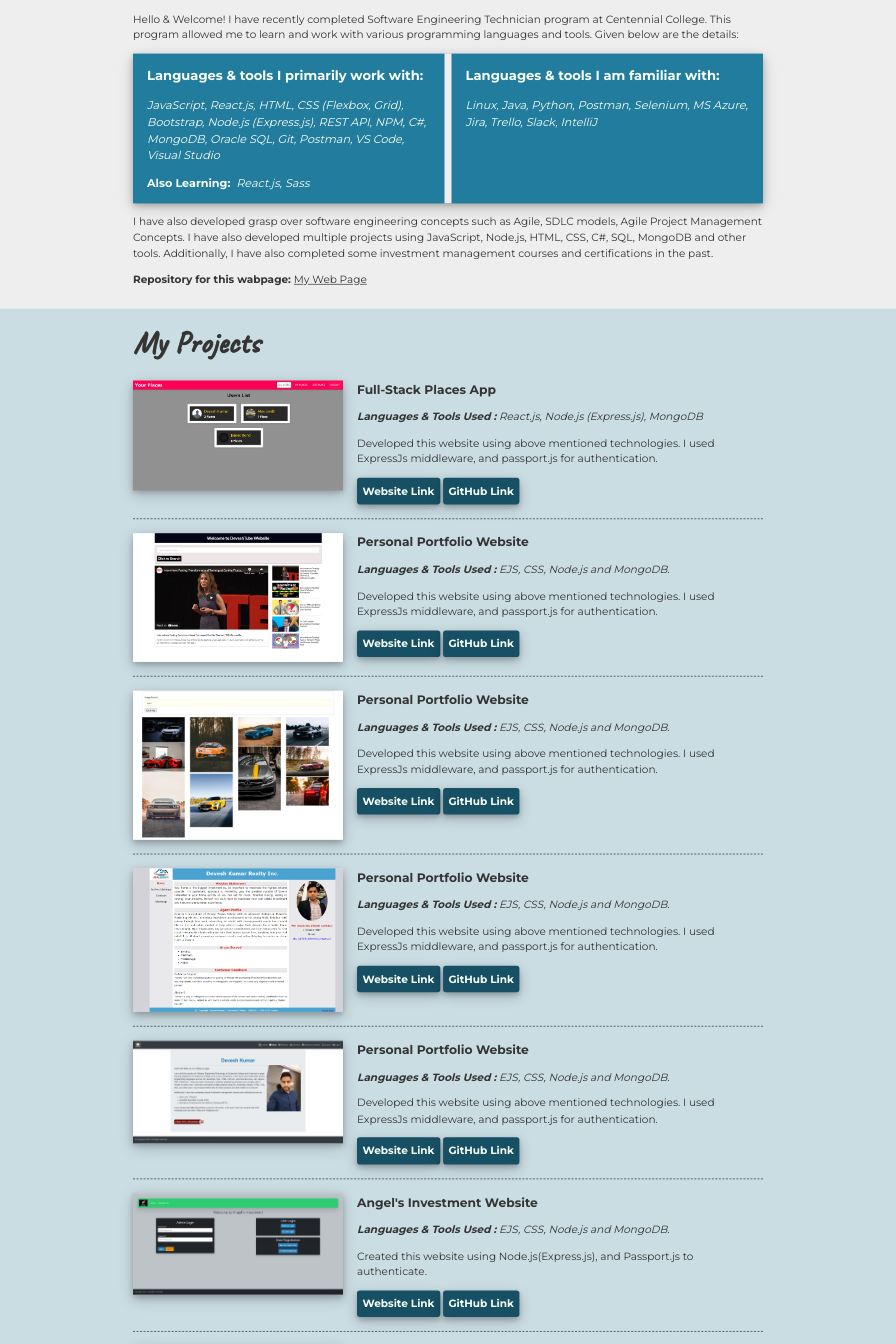
Repository: My-Web-Page/MyWebPage
Page: index.html
An editor plug-in stored every save of this project. The page is shown before and after the next save, followed by the edit.
The browser window is 1280 px wide. The pictures show the part of the page from y = 662 to 2582 px (the page is 4779 px tall before and 4739 px after), at 70% of full size.
Some web libraries are served in a nearby version.

Above is the page before, as saved 2021-09-06 22:56:03.

### index.html
<!DOCTYPE html>
<html lang="en">

<head>
    <meta charset="UTF-8">
    <meta name="viewport" content="width=device-width, initial-scale=1.0">
    <link href="./assets/images/favicon.ico" rel="icon" type="image/x-icon" />

    <title> Devesh Kumar : Full-Stack Developer</title>
    <link rel="preconnect" href="https://fonts.gstatic.com">
    <link href="https://fonts.googleapis.com/css2?family=Caveat&family=Montserrat:wght@400;700&display=swap" rel="stylesheet">
    <link rel="stylesheet" href="https://pro.fontawesome.com/releases/v5.10.0/css/all.css" integrity="sha384-AYmEC3Yw5cVb3ZcuHtOA93w35dYTsvhLPVnYs9eStHfGJvOvKxVfELGroGkvsg+p" crossorigin="anonymous" />

    <link rel="stylesheet" href="style.css">
</head>

<body>
    <main>
        <!-- ***********************  ABOUT / PROFILE  *********************** -->
        <header>
            <div class="container">
                <h1>Devesh Kumar</h1>
                <h2>Software Developer</h2>
            </div>
        </header>

        <nav id="navbar">
            <ul class="nav-ul">
                <li>
                    <a href="#about-me"><i class="fas fa-info-circle"></i>About Me</a>
                </li>
                <li>
                    <a href="#projects"><i class="fab fa-elementor"></i>Projects</a>
                </li>
                <li>
                    <a href="#education"><i class="fas fa-graduation-cap"></i>Education</a>
                </li>
                <li>
                    <a href="#work-experience"><i class="fas fa-briefcase"></i>Work Experience</a>
                </li>
                <li>
                    <a href="#contact"><i class="fas fa-mobile-alt"></i>Contact Me</a>
                </li>
            </ul>
        </nav>

        <!-- *********************About Me***********************  -->
        <section id="about-me">
            <div class="container">
                <h2>About Me</h2>
                <p>Hello & Welcome! I have recently completed Software Engineering Technician program at Centennial College. This program allowed me to learn and work with various programming languages and tools. Given below are the details: </p>
                <div class="grid-container">
                    <div class="grid-item">
                        <h3>Languages & tools I primarily work with:</h3>
                        <p> JavaScript, React.js, HTML, CSS (Flexbox, Grid), Bootstrap, Node.js (Express.js), REST API, NPM, C#, MongoDB, Oracle SQL, Git, Postman, VS Code, Visual Studio
                        </p>
                        <p><strong>Also Learning:</strong>&nbsp; <em>React.js, Sass</em></p>
                    </div>

                    <div class="grid-item">
                        <h3>Languages & tools I am familiar with:</h3>
                        <p>Linux, Java, Python, Postman, Selenium, MS Azure, Jira, Trello, Slack, IntelliJ</p>
                    </div>
                </div>
                <p>I have also developed grasp over software engineering concepts such as Agile, SDLC models, Agile Project Management Concepts. I have also developed multiple projects using JavaScript, Node.js, HTML, CSS, C#, SQL, MongoDB and other tools.
                    Additionally, I have also completed some investment management courses and certifications in the past.
                </p>

                <p><strong>Repository for this wabpage: </strong><a id="my-page-repo" target="_blank" href="https://github.com/portretrieve/MyWebPage">My Web Page</a></p>

            </div>
        </section>

        <!-- *********************Pop-Ups***********************  -->
        <section class="popup-wrapper" id="popup">
            <div class="container">
                <img id="popup-img" alt="finalproject popup">
            </div>
        </section>
        <!-- ********************  PROJECTS / PORTFOLIO  ********************* -->
        <section id="projects" class="projects">
            <div class="container divider">
                <h2>My Projects</h2>


                <!-- Project a -->
                <section class="project-item clearfix">
                    <img class="project-image" src="./assets/images/Places.png" alt="Portfolio Assignment Using Node.js, Bootstrap, EJS and MongoDB">
                    <h3>Full-Stack Places App</h3>
                    <p> <strong>Languages & Tools Used :</strong> React.js, Node.js (Express.js), MongoDB</p>
                    <p>Developed this website using above mentioned technologies. I used ExpressJs middleware, and passport.js for authentication.
                    </p>
                    <a class="btn" href="https://comp229-asnmt2.herokuapp.com/home" target="_blank">Website Link</a>
                    <a class="btn" href="https://github.com/portretrieve/Assignment_2" target="_blank">GitHub Link</a>
                </section>
                <!-- Project b -->
                <section class="project-item clearfix">
                    <img class="project-image" src="./assets/images/deveshtube.png" alt="Portfolio Assignment Using Node.js, Bootstrap, EJS and MongoDB">
                    <h3>Personal Portfolio Website</h3>
                    <p> <strong>Languages & Tools Used :</strong> EJS, CSS, Node.js and MongoDB.</p>
                    <p>Developed this website using above mentioned technologies. I used ExpressJs middleware, and passport.js for authentication.
                    </p>
                    <a class="btn" href="https://comp229-asnmt2.herokuapp.com/home" target="_blank">Website Link</a>
                    <a class="btn" href="https://github.com/portretrieve/Assignment_2" target="_blank">GitHub Link</a>
                </section>

                <!-- Project c -->
                <section class="project-item clearfix">
                    <img class="project-image" src="./assets/images/pics.png" alt="Portfolio Assignment Using Node.js, Bootstrap, EJS and MongoDB">
                    <h3>Personal Portfolio Website</h3>
                    <p> <strong>Languages & Tools Used :</strong> EJS, CSS, Node.js and MongoDB.</p>
                    <p>Developed this website using above mentioned technologies. I used ExpressJs middleware, and passport.js for authentication.
                    </p>
                    <a class="btn" href="https://comp229-asnmt2.herokuapp.com/home" target="_blank">Website Link</a>
                    <a class="btn" href="https://github.com/portretrieve/Assignment_2" target="_blank">GitHub Link</a>
                </section>
                <!-- Project d -->
                <section class="project-item clearfix">
                    <img class="project-image" src="./assets/images/realEstate.png" alt="Portfolio Assignment Using Node.js, Bootstrap, EJS and MongoDB">
                    <h3>Personal Portfolio Website</h3>
                    <p> <strong>Languages & Tools Used :</strong> EJS, CSS, Node.js and MongoDB.</p>
                    <p>Developed this website using above mentioned technologies. I used ExpressJs middleware, and passport.js for authentication.
                    </p>
                    <a class="btn" href="https://comp229-asnmt2.herokuapp.com/home" target="_blank">Website Link</a>
                    <a class="btn" href="https://github.com/portretrieve/Assignment_2" target="_blank">GitHub Link</a>
                </section>
                <!-- Project 1 -->
                <section class="project-item clearfix">
                    <img class="project-image" src="./assets/images/assignment_2.png" alt="Portfolio Assignment Using Node.js, Bootstrap, EJS and MongoDB">
                    <h3>Personal Portfolio Website</h3>
                    <p> <strong>Languages & Tools Used :</strong> EJS, CSS, Node.js and MongoDB.</p>
                    <p>Developed this website using above mentioned technologies. I used ExpressJs middleware, and passport.js for authentication.</p>
                    <a class="btn" href="https://comp229-asnmt2.herokuapp.com/home" target="_blank">Website Link</a>
                    <a class="btn" href="https://github.com/portretrieve/Assignment_2" target="_blank">GitHub Link</a>
                </section>

                <!-- Project 2 -->
                <section class="project-item clearfix">
                    <img class="project-image" src="./assets/images/final_project.png" alt="Final Project Using Node.js, Bootstrap, EJS and MongoDB">
                    <h3>Angel's Investment Website</h3>
                    <p> <strong>Languages & Tools Used :</strong> EJS, CSS, Node.js and MongoDB.</p>
                    <p>Created this website using Node.js(Express.js), and Passport.js to authenticate.</p>
                    <a class="btn" href="https://angelinvestfinal.herokuapp.com/" target="_blank">Website Link</a>
                    <a class="btn" href="https://github.com/Angel-Investor/AngelInvestor-Web-App" target="_blank">GitHub
                        Link</a>
                </section>

                <!-- Project 3 -->
                <section class="project-item clearfix">
                    <img class="project-image" src="./assets/images/slot-machine.png" alt="Casino slot machine game using HTML, CSS, JavaScript, TypeScript and EaselJS">
                    <h3>Slot Machine Game</h3>
                    <p> <strong>Languages & Tools Used :</strong> HTML, CSS, JavaScript, TypeScript and EaselJS.</p>
                    <a class="btn" href="https://portretrieve.github.io/COMP125-Assignment-4-CreateJS-Slot-Machine/" target="_blank">Website Link</a>
                    <a class="btn" href="https://github.com/portretrieve/COMP125-Assignment-4-CreateJS-Slot-Machine" target="_blank">GitHub Link</a>
                </section>

                <!-- Project 4 -->
                <section class="project-item clearfix">
                    <img class="project-image" src="./assets/images/restaurant_app.png" alt="Restaurant app using C# WPF MVVM">
                    <h3>Restaurant POS system app</h3>
                    <p> <strong>Languages & Tools Used :</strong> C#, WPF and XAML.</p>
                    <p>Created the restaurant P.O.S app using C# and WPF.</p>
                    <a class="btn" href="https://github.com/portretrieve/Restaurant_app" target="_blank">GitHub Link</a>
                </section>
                <section>
                    <h3>Other Projects: </h3>
                    <p> <strong>Languages & Tools Used :</strong> C#, WinForms, SQL, PL/SQL, Java, Python, Jira, Trello, Lucid Charts, MS Visio etc. </p>
                    <p>In addition to the projects above, I have also developed other projects using the languages and tools above. All of these projects can be found on my <span><a
                                href="https://github.com/portretrieve" target="_blank">GitHub Page</a>.</span></p>
                </section>
            </div>
        </section>

        <!-- ******************  EDUCATION & CERTIFICATIONS ****************** -->
        <section id="education" class="education">
            <div class="container item-details">

                <h2>Education</h2>

                <section>
                    <h3>Software Engineering Technician Diploma</h3>
                    <p>Centennial College, Toronto ON, 2020-2021</p>
                    <p>4 semesters full-time software engineering diploma program </p>
                </section>
                <section>
                    <h3>Chartered Financial Analyst – CFA Level 1 Passed</h3>
                    <p>CFA Institute, 2018</p>
                </section>
                <br>
                <section class="csc">
                    <h3>Canadian Securities Course (CSC)</h3>
                    <h3>Derivatives Fundamentals and Options Licensing (DFOL)</h3>
                    <p>Canadian Securities Institute, 2017-2019 </p>
                </section>
                <section>
                    <h3>Bachelor of Science</h3>
                    <p>M.J.P. Rohilkhand University India, 2003-2006</p>
                </section>
            </div>
        </section>

        <!-- ***********************  WORK EXPERIENCE  *********************** -->
        <section id="work-experience" class="work-experience">
            <div class="container item-details divider">
                <h2>Work Experience</h2>

                <!-- Job 1 -->
                <section class="job-item">
                    <div class="job-details">
                        <h3>Client Advisor</h3>
                        <p>RBC Royal Bank</p>
                        <p>Mar 2017 - Sep 2018</p>
                    </div>
                    <div class="job-summary">
                        <ul>
                            <li>Proactively engage with clients and deliver an outstanding service experience through completing transactions, and by identifying sales and referral opportunities.</li>
                            <li>Focus on education and demonstration, leverage technology to deliver a memorable client experience, drive sales and retain business.</li>
                            <li>Manage risks by adhering to compliance routines, processes, and controls to protect client and shareholder interests while completing transactions.</li>
                        </ul>

                    </div>
                </section>

                <!-- Job 2 -->
                <section class="job-item">

                    <div class="job-details">
                        <h3>Night Auditor</h3>
                        <p>DoubleTree by Hilton</p>
                        <p>Feb 2017 - Aug 2018</p>

                    </div>
                    <div class="job-summary">
                        <ul>
                            <li>Daily Reconciling of days transactions for all departments including front office, restaurant, lounge and banquets.</li>
                            <li>Responsible for cash float and receipt of customer payments via cash or credit card, balancing cash at shift end and generating the accounting reports.</li>
                            <li>Completing reservations, provide information, assistance to guests.</li>
                        </ul>
                    </div>

                </section>

                <!-- Job 3 -->
                <section class="job-item">
                    <div class="job-details">
                        <h3>Executive CCS (Outbound/Inbound Sales Representative)</h3>
                        <p>Fareportal.com (Cheapoair.com/Cheapoair.ca)</p>
                        <p>Dec 2008 – Aug 2013</p>
                    </div>
                    <div class="job-summary">
                        <ul>
                            <li>Making outbound calls and recieving inbound calls to sale travel products such as flight tickets, hotel reservations, car rentals and travel insurances etc.</li>
                            <li>Meeting sales and customer service targets by understanding client needs, offering first call resolution of issues, and actively promoting and selling products and services that meet your clients’ needs.</li>
                            <li>Preparing the sales reports and contacting clients whenever required to provide them with changes to the reservations and providing them additional assistance.</li>
                        </ul>
                    </div>
                </section>
                <a class="top-btn" href="#top">Page Top</a>

            </div>
        </section>


        <!-- *****************  CONTACT INFO / SOCIAL MEDIA  ***************** -->
        <footer>
            <div id="contact" class="container">
                <h2>Let's Stay in Touch!</h2>
                <!-- Social media and contact links. Add or remove any networks. -->
                <ul class="contact-list">
                    <li><a href="mailto:deveshkumar2107@hotmail.com"><i
                                class="fas fa-envelope"></i>&nbsp;deveshkumar2107@hotmail.com</a></li>
                    <li><a href="https://github.com/portretrieve" target="_blank"><i
                                class="fab fa-github"></i>&nbsp;GitHub</a></li>
                    <li><a href="https://www.linkedin.com/in/devesh-kumar-2aa03b64/" target="_blank"><i
                                class="fab fa-linkedin"></i>&nbsp;LinkedIn</a></li>
                </ul>
            </div>
        </footer>
    </main>
    <script src="./script.js"></script>
</body>

</html>

Loaded but not shown: script.js (18 lines, source omitted); style.css (358 lines, source omitted)

After the next save:
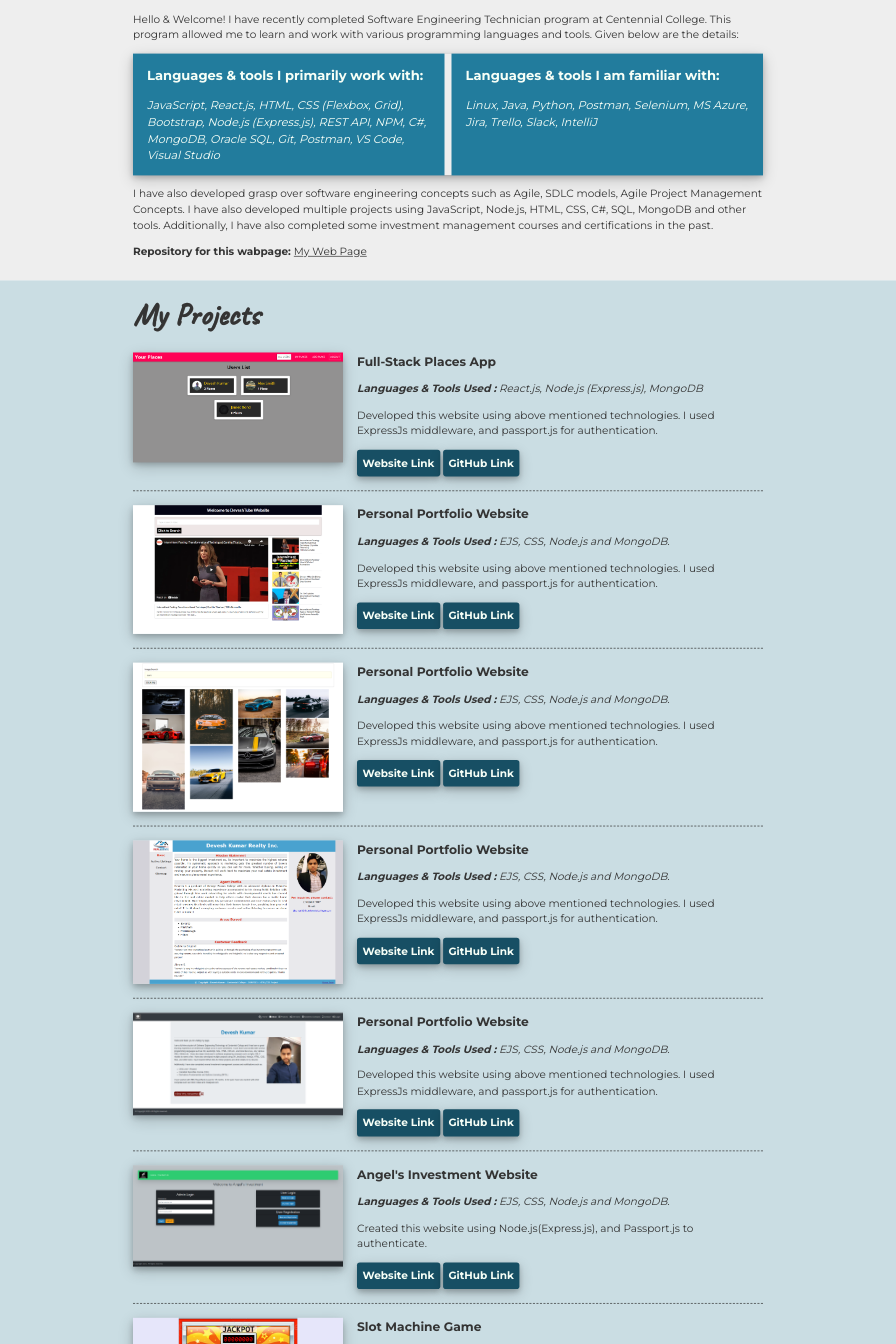
Saved 10 s later.
--- a/index.html
+++ b/index.html
@@ -54,7 +54,6 @@
                         <h3>Languages & tools I primarily work with:</h3>
                         <p> JavaScript, React.js, HTML, CSS (Flexbox, Grid), Bootstrap, Node.js (Express.js), REST API, NPM, C#, MongoDB, Oracle SQL, Git, Postman, VS Code, Visual Studio
                         </p>
-                        <p><strong>Also Learning:</strong>&nbsp; <em>React.js, Sass</em></p>
                     </div>
 
                     <div class="grid-item">
